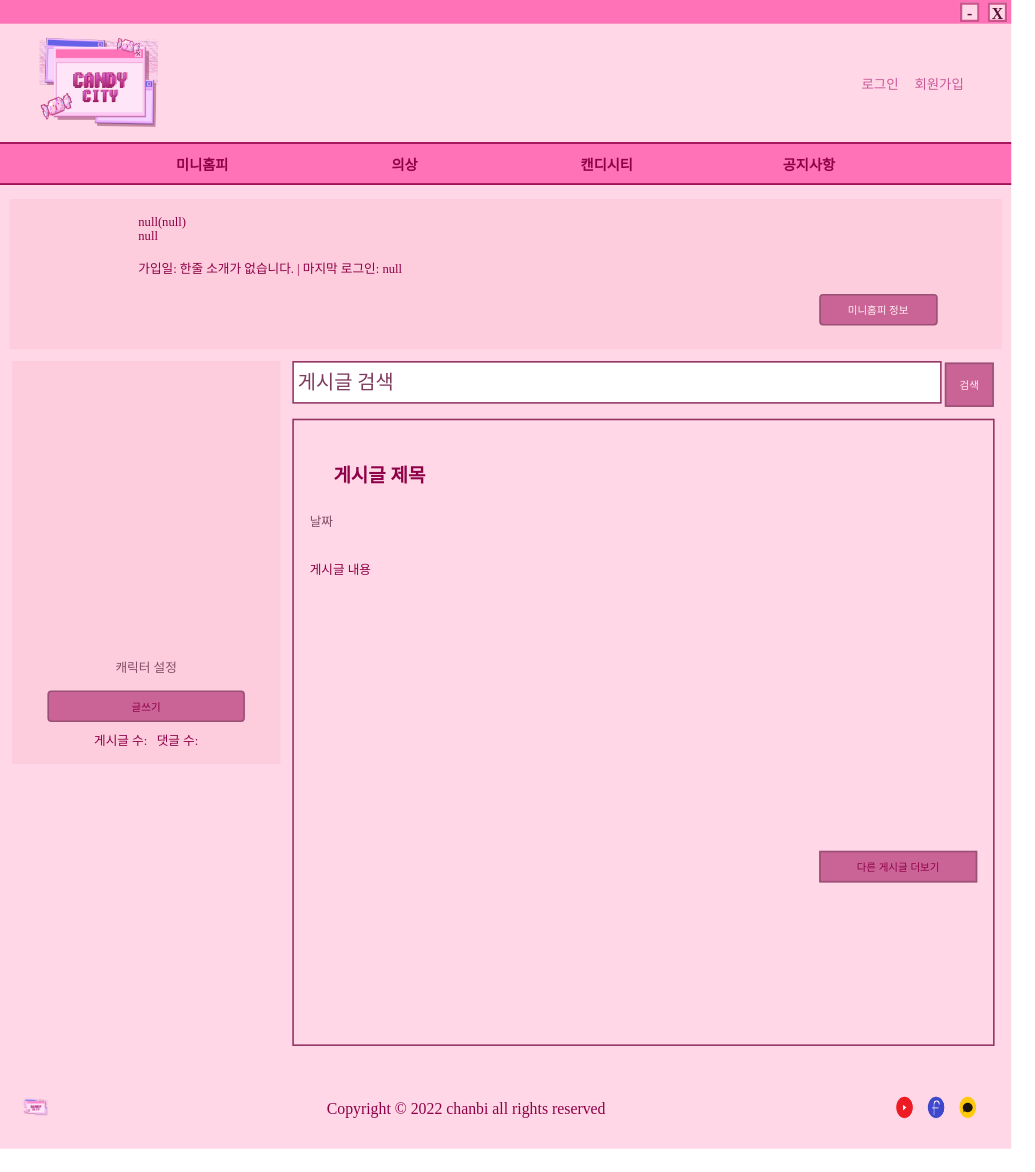
Repository: chanbiM/candyCityProject
Page: http://localhost/CandyCityProj/GetHomepi
The author's editor kept a copy of each file at every save. The page is drawn from the files as they stood at one save, then again after the next save.
The browser window is 1280 px wide. The page is 1310 px wide, so the pictures cover 1310 px, including what lies to the right of the window. The pictures show the whole page, at 79% of full size.
Some web fonts or font styles are not loaded; a fallback is used. The page is served by Tomcat 9. Other server files are loaded and not shown. Queries for data that is not in the repository find no rows.

Above is the page before, as saved 2022-11-18 02:35:06.

### CandyCityProj/WebContent/member/homepi/homepi.jsp
<%@page import="vo.MemberVO"%>
<%@ page language="java" contentType="text/html; charset=UTF-8"
	pageEncoding="UTF-8"%>
<%@ include file="/header.jsp"%>
<link rel="stylesheet" href="/css/homepiStyle.css">

<!-- 미니홈피 보기-->
<br>
<%
	MemberVO hompiData = (MemberVO) request.getAttribute("homepiUser");
%>

<!-- 유저 정보-->
<div class="member_info">
	<ul>
		<li>
			<div class="profile_char"></div>
		</li>

		<li>
			<div class="info">
				<p><%=hompiData.getName()%>(<%=hompiData.getId()%>) <br>
					<%=hompiData.getIntroduce()%></p>
				<br>
				<p>
					가입일:
					<%
					if (hompiData.getIntroduce() == null) {
				%>
					한줄 소개가 없습니다.
					<%
					} else {
				%>
					<%=hompiData.getJoin_num()%>
					<%
						}
					%>

					| 마지막 로그인: <%= hompiData.getLoginDate() %>
				</p>
				<br> <br>

			</div>
		</li>
		<li>
			<!--팝업형식-->
			<button id="homepi_info">미니홈피 정보</button>
		</li>
	</ul>


</div>

<div class="character_info">
	<div class="info_character">
		<!-- 유저캐릭터 전신 삽입-->
	</div>

	<!--내 홈피일 경우-->
	<a href="#" style="color: #804d66;">캐릭터 설정</a><br>
	<br>
	<button id="post_btn">
		<a href="#">글쓰기</a>
	</button>

	<p style="font-size: 16px;">게시글 수: &nbsp; 댓글 수:</p>
</div>

<div class="post_search">
	<!--게시글 목록으로 가게 -->
	<form action="/searchHomepiPost?id=">
		<input type="text" name="post" placeholder="게시글 검색"> <input
			type="submit" value="검색">
	</form>
</div>

<!--대표 게시글(가장 최근에쓴거 or 공지 게시글)-->
<div class="representative_post">
	<h2>
		<a href="#">게시글 제목</a>
	</h2>
	<!--최종 수정 날짜 기준으로-->
	<p style="color: #804d66;">날짜</p>
	<br>
	<br>
	<p id="post_content">
		<a href="#">게시글 내용</a>
	</p>

	<div id="post_list">
		<button>
			<a href="/searchHomepiPost?title=all">다른 게시글 더보기</a>
		</button>
	</div>

</div>
<%@ include file="/footer.jsp"%>

### CandyCityProj/WebContent/header.jsp
<%@page import="vo.MemberVO"%>
<%@ page language="java" contentType="text/html; charset=UTF-8"
	pageEncoding="UTF-8"%>
<!DOCTYPE html>
<html>
<head>
<meta charset="UTF-8">
<title>Candy City</title>
<link rel="stylesheet" href="/css/mainStyle.css">
<script src="/js/jquery-3.1.1.min.js"></script>
</head>
<body>
	<div class="wrapper">
		<!-- 창 바 -->
		<div class="window">
			<button class="widow_btn" id="-_btn">-</button>
			<button class="widow_btn" id="x_btn">X</button>
		</div>

		<header>
			<!-- 로고 -->
			<div class="logo">
				<a href="/index.jsp"><img alt="로고" src="/images/logo.png"></a>
			</div>

			<!-- 기타 메뉴바 -->
			<div class="minimenu">

				<ul>
					<%
						MemberVO vo = (MemberVO) session.getAttribute("loginOK");
						if (vo == null) {
					%>
					<li><a href="/member/login.jsp">로그인</a></li>
					<li><a href="/member/insertMember.jsp">회원가입</a></li>
					<%
						} else {
					%>
					<li><a href="/member/myPage.jsp"><%=vo.getName()%>님</a></li>
					<li><a href="/logout"> 로그아웃 </a></li>
					<li><a href="/member/myPage.jsp">마이페이지</a></li>

					<%
						}
					%>
				</ul>

			</div>
		</header>

		<!-- 메뉴바 -->
		<nav>
			<ul class="mainmenu">
				<li><a href="/getHomepiList">미니홈피</a>
					<ul class="submenu">
					<%
						if (vo == null) {
					%>
						<li><a href="/member/login.jsp">내 미니홈피</a></li>
						<li><a href="/getHomepiList">미니홈피 목록</a></li>
					<%
						} else {
					%>

						<li><a href="/GetHomepi?id=<%= vo.getId() %>">내 미니홈피</a></li>
						<li><a href="/getHomepiList">미니홈피 목록</a></li>
					<%
						}
					%>
					</ul></li>

				<li><a href="#">의상</a>
					<ul class="submenu">
					<%
						if (vo == null) {
					%>
						<li><a href="/member/login.jsp">내 의상</a></li>
						<li><a href="/member/login.jsp">의상 상점</a></li>
						<li><a href="/member/login.jsp">의상 설정</a></li>
					<% } else {
					%>
						<li><a href="/getcCostumeList?id=<%= vo.getId() %>&name=<%= vo.getName() %>">내 의상</a></li>
						<li><a href="/getShopList?id=<%= vo.getId() %>">의상 상점</a></li>
						<li><a href="/characterSet">의상 설정</a></li>
					<%
					} %>
					</ul></li>

				<li><a href="/getCandyCityList">캔디시티</a>
					<ul class="submenu">
					</ul></li>

				<li><a href="/getNoticeList?type=E">공지사항</a>
					<ul class="submenu">
						<li><a href="/getNoticeList?type=E">이벤트</a></li>
						<li><a href="/getNoticeList?type=N">공지사항</a></li>
						<li><a href="/getNoticeList?type=R">당첨자 발표</a></li>
					</ul></li>

				<%
					MemberVO adminVo = (MemberVO) session.getAttribute("manager");
					if (adminVo != null) {
				%>
				<li><a href="/getUserList">관리자용 메뉴</a>
					<ul class="submenu">
						<li><a href="/getUserList">유저 리스트</a></li>
						<!-- <li><a href="#">문의글 확인</a></li>
						<li><a href="#">신고글 확인</a></li> -->
						<li><a href="/admin/noticeInsert.jsp">공지사항/이벤트 작성</a></li>
					</ul></li>
			<%
				}
			%>
			</ul>

		</nav>

### CandyCityProj/WebContent/footer.jsp
<%@ page language="java" contentType="text/html; charset=UTF-8"
    pageEncoding="UTF-8"%>
        <!-- 푸터 영역 -->
        <footer>
            <!-- 하단로고 -->
            <div>
                <a href="/index.jsp" class="logo">
                    <img src="/images/logo.png" alt="로고" >
                </a>
            </div>
            <!-- 카피라이트 -->
            <div class="copyright">
                <p> Copyright &copy; 2022 chanbi all rights reserved</p>
            </div>
            <!-- SNS -->
            <div>
                <ul class="sns">
                    <li><a href="https://www.youtube.com/@rorochanbi"><img src="/images/youtube.png" alt="유튜브" height="40"></a></li>
                    <li><a href="#"><img src="/images/facebook.png" alt="페이스북" height="40"></a></li>
                    <li><a href="https://open.kakao.com/o/s1olGebe"><img src="/images/kakao.png" alt="카카오톡" height="40"></a></li>
                </ul>
            </div>
        </footer>
    </div>
	<script src="/js/script.js"></script>
</body>
</html>

### CandyCityProj/src/controller/GetHomepiController.java
package controller;

import java.io.IOException;
import java.io.PrintWriter;

import javax.servlet.ServletException;
import javax.servlet.annotation.WebServlet;
import javax.servlet.http.HttpServlet;
import javax.servlet.http.HttpServletRequest;
import javax.servlet.http.HttpServletResponse;
import javax.servlet.http.HttpSession;

import dao.MemberDAO;
import vo.MemberVO;

/**
 * Servlet implementation class GetHomepiController
 */
@WebServlet("/GetHomepi")
public class GetHomepiController extends HttpServlet {
	private static final long serialVersionUID = 1L;

    /**
     * @see HttpServlet#HttpServlet()
     */
    public GetHomepiController() {
        super();
    }

	/**
	 * @see HttpServlet#doGet(HttpServletRequest request, HttpServletResponse response)
	 */
	protected void doGet(HttpServletRequest request, HttpServletResponse response) throws ServletException, IOException {
		response.setContentType("text/html; charset=UTF-8");
		request.setCharacterEncoding("UTF-8");
		PrintWriter out = response.getWriter();
		MemberDAO dao = new MemberDAO();

		String userId = request.getParameter("id");
		System.out.println(userId);

		if(userId == null) {
			out.println("<script>alert('잘못된 경로입니다'); history.back(); </script>");
		}

		MemberVO homepiData = dao.getMemberInfo(userId);

		if(homepiData.getId() == null) {
			out.println("<script>alert('해당 유저를 찾을 수 없습니다'); history.back(); </script>");
		}

		request.setAttribute("homepiUser", homepiData);
		request.getRequestDispatcher("/member/homepi/homepi.jsp").forward(request, response);


	}

	/**
	 * @see HttpServlet#doPost(HttpServletRequest request, HttpServletResponse response)
	 */
	protected void doPost(HttpServletRequest request, HttpServletResponse response) throws ServletException, IOException {
		// TODO Auto-generated method stub
		doGet(request, response);
	}

}

### CandyCityProj/src/vo/MemberVO.java
package vo;

import java.sql.Date;

import oracle.sql.DATE;

public class MemberVO {
	private String id;
	private String pwd;
	private String name;
	private String gender;
	private int join_num;
	private int candy;
	private int postNum;
	private int commentNum;
	private String manager;
	private String introduce;

	private Date joinDate;
	private Date loginDate;

	public Date getJoinDate() {
		return joinDate;
	}

	public void setJoinDate(Date joinDate) {
		this.joinDate = joinDate;
	}

	public Date getLoginDate() {
		return loginDate;
	}

	public void setLoginDate(Date loginDate) {
		this.loginDate = loginDate;
	}

	public String getIntroduce() {
		return introduce;
	}

	public void setIntroduce(String introduce) {
		this.introduce = introduce;
	}

	public MemberVO() {
	}

	public String getId() {
		return id;
	}

	public void setId(String id) {
		this.id = id;
	}

	public String getPwd() {
		return pwd;
	}

	public void setPwd(String pwd) {
		this.pwd = pwd;
	}

	public String getName() {
		return name;
	}

	public void setName(String name) {
		this.name = name;
	}

	public String getGender() {
		return gender;
	}

	public void setGender(String gender) {
		this.gender = gender;
	}

	public int getJoin_num() {
		return join_num;
	}

	public void setJoin_num(int join_num) {
		this.join_num = join_num;
	}

	public int getCandy() {
		return candy;
	}

	public void setCandy(int candy) {
		this.candy = candy;
	}

	public int getPostNum() {
		return postNum;
	}

	public void setPostNum(int postNum) {
		this.postNum = postNum;
	}

	public int getCommentNum() {
		return commentNum;
	}

	public void setCommentNum(int commentNum) {
		this.commentNum = commentNum;
	}

	public String getManager() {
		return manager;
	}

	public void setManager(String manager) {
		this.manager = manager;
	}

}

### CandyCityProj/src/common/JdbcUtill.java
package common;

import java.sql.Connection;
import java.sql.DriverManager;
import java.sql.PreparedStatement;
import java.sql.ResultSet;

public class JdbcUtill {
	public static Connection getConnection() {
		Connection conn = null;

		try {
			Class.forName("oracle.jdbc.driver.OracleDriver");
			conn = DriverManager.getConnection("jdbc:oracle:thin:@localhost:1521:xe", "hr", "hr");
		} catch (Exception e) {
			System.out.println("DB 연결 실패");
			e.printStackTrace();
		}
		return conn;
	}

	public static void close(Connection conn, PreparedStatement pstmt) {
		if (pstmt!= null) {
			try {
				pstmt.close();
			} catch (Exception e) {
				// TODO: handle exception
				System.out.println("pstmt.close() 실패");
			}
		}

		if(conn != null) {
			try {
				conn.close();
			} catch (Exception e) {
				// TODO: handle exception
				System.out.println("conn.close() 실패");
				e.printStackTrace();
			}
		}
	}

	public static void close(Connection conn, PreparedStatement pstmt, ResultSet rs) {
		if(rs != null) {
			try {
				rs.close();
			} catch (Exception e) {
				// TODO: handle exception
				System.out.println("rs.close() ����");
				e.printStackTrace();
			}
		}
		close(conn, pstmt);
	}


}

### CandyCityProj/WebContent/css/mainStyle.css
@font-face {
    font-family: 'DungGeunMo';
    src: url('https://cdn.jsdelivr.net/gh/projectnoonnu/noonfonts_six@1.2/DungGeunMo.woff') format('woff');
    font-weight: normal;
    font-style: normal;
}
* {
    margin: 0;
    padding: 0;
    list-style: none;
    text-decoration: none;
    color: rgb(19, 0, 1);
    font-family: 'DungGeunMo';
    color: #8e0047;
    -ms-user-select: none;
   -moz-user-select: -moz-none;
   -khtml-user-select: none;
   -webkit-user-select: none;
   user-select: none;
}

.wrapper {
    width: 1280px;
    min-height: 1100px;
    margin: 0 auto;
    background-color: rgb(255, 215, 230);
}

.window {
    width: 100%;
    height: 30px;
    display: flex;
    justify-content: flex-end;
    background-color: #FF72B7;
    align-items: center;
}
.widow_btn {
    width: 25px;
    height: 25px;
    margin: 5px;
    color: #580e32;
    font-weight: bold;
    font-size: 20px;
    background-color: rgb(255, 215, 230);
    border: 3px solid #ce528e;
}

.widow_btn:hover {
    background-color: rgb(203, 164, 178);
    border: 3px solid #953c67;
    cursor: pointer;
    text-align: center;
}

.logo > a {
    display: flex;
}

.logo > a > img {
    width: 150px;
    height: 120px;
    margin: 50px;
    margin-top: 15px;
}

header {
    width: 100%;
    height: 150px;
    display: flex;
    justify-content: space-between;
}

.minimenu {
    width: 1000px;
    display: flex;
    font-size: 17px;
    align-items: center;
    margin-right: 50px;
    justify-content: flex-end;
}

.minimenu ul{
    display: flex;
}

.minimenu ul li {
    margin: 10px;
}

.minimenu ul li:hover {
    font-weight: bold;
}

/*.minimenu ul {
    width: 100%;
    display: flex;
    justify-content: space-evenly;
}*/

.minimenu ul li a{
	color: #c95899;
}

.mainmenu {
    /* 메뉴 요소 4개 가로정렬 */
    width: 1280px;
    display: flex;

    /* 중앙정렬 */
    text-align: center;
    align-items: center;
    justify-content: center;

    background-color: #FF72B7;
    border-top: 2px #8e0047 solid;
    border-bottom: 2px #8e0047 solid;
    position:relative;

}

.mainmenu li {
    width: 20%;
    height: 50px;
}

.mainmenu a {
    display: flex;
    justify-content: center;
    align-items: center;
    width: 100%;
    height: 100%;
    font-size: 18px;
    font-weight: 600;

    /* 하이라이팅 줄때 애니메이션을 줄 시간과 속성들 */
    transition: background-color 1s, color 1s;
}
/* :hover -> 마우스를 위에 올려 놓을때 적용할 스타일*/
.mainmenu a:hover {
    background-color: #aa4a78;
    color: white;
}


.mainmenu .submenu {
    /* 부모의 면적 + 다른 요소에 영향을 주지 않음 -> 다른 요소에 독립적*/
    position: absolute;
    /* 맨 앞으로 가져오기*/
    z-index: 100;
	width: 20%;

    background-color: #FF72B7;
    color: white;

    /* 기본적으로는 가려짐. 나중에 js로 호버될때 해제되도록 해줄 것 */
    display: none;
}

.submenu li {
    width: 100%;
}
.submenu a:hover {
    background-color: rgb(254, 207, 228);
    color: rgb(70, 19, 30);
}

#slide {
    width: 100%;
    height: 300px;
    position: relative;
    overflow: hidden;
}
#slide>ul>li>a>img {
    position: absolute;
    width: 100%;
    top: 0;
    left: -100%;
    opacity: 0;
}

#slide >ul>li>a>img:first-child {
    left: 0;
    opacity: 1;
}

#slide ul {
    /* 다른 요소에 관여받지 않고 #slide 기준으로 움직이도록*/
    position: absolute;
    top: 0;
    left: 0;

    width: 100%;


}

/* 섹션 */

section {
    display: flex;
    height: 350px;
    overflow: hidden;
    margin: 20px;
}

section > div {
    flex: 1;
    max-width: 50%;

    padding: 10px;
}

/* 컨텐츠 탭 */
.tab {
    display: flex;
}

/* 활성화 된 탭 추가 효과 */
.tab .active {
    background-color: #FF72B7;
}
.tab .active a{
    color: white;
}


.tab div {
    padding: 7px;
    border: 1px solid #800040;
    /* content, tab이 보더가 곂치므로 한쪽 없애주기 */
    border-bottom: none;
}

#content_container .content {
    padding: 7px;
    border: 1px solid #800040;

    /* 일정 크기 이상으로 글자가 나오는걸 방지 */
    max-width: 600px;
    height: 200px;
}

/* 각 요소들의 글자가 넘쳐날 경우 .... 처리*/
#post li {
    overflow: hidden;
    text-overflow:ellipsis;
    white-space: nowrap;
    line-height: 25px;


    border-bottom: 1px solid #800040;
}

/* 갤러리 */
/* 기본적으로 활성화 된게 공지사항이므로 갤러리 컨텐츠는 가리기 */
#event {
    display: none;
}

#event li{
    overflow: hidden;
    text-overflow:ellipsis;
    white-space: nowrap;
    line-height: 25px;


    border-bottom: 1px solid #800040;
}

#ranking {
	margin-top: 2px;
}
#ranking ul, #ranking li{
    width: 95%;
}

#ranking ul {
	border: 2px solid #800040;

	padding: 10px;
	height: 195px;


}
#ranking li {
    /* 버튼별 간격 */
    margin-bottom: 15px;
    width: 96%;


    /* 버튼 내부 간격 */
    padding: 7px;
    text-align: center;
    background-color: #e366b1;
    text-align: left;
    color: #8e0047;
}

#ranking h4 {
	background-color: #FF72B7;
	color: white;

	font-weight: normal;
	border: 2px solid #800040;
	width: 130px;
	padding: 5px;
	overflow: hidden;
	text-align: center;
	border-bottom: none;
}
#ranking a {
    color: white;
    margin-left: 5px;
}

/* 푸터 */

footer {
    /* 가로 정렬 */
    display: flex;

    /* 3가지 요소들 가로 간격 */
    justify-content: space-between;
    /* 세로 중앙 정렬*/
    align-items: center;

    width: 100%;
    height: 100px;
    margin: 30px;
}

.sns {
    display: flex;
    margin-right: 70px;
}

/* sns 아이콘별 간격 */
.sns li {
    margin-left: 10px;
}

footer img {
    width: 30px;
}


.copyright {
	font-size: 20px;
}

.info {
	width: 100%;
	margin-left: 20px;
	height: 700px;
}

.infoText {
	width: 300px;
	height: 30px;
	font-size: 23px;
	border: 0px;
	background-color: #ffeaf3;
	text-align: center;
}

.info th {
	width: 250px;
	margin: 5px;
	font-size: 30px;
}

.info td {
	width: 300px;
	margin: 10px;
	font-size: 25px;
	text-align: center;
}

.updatebtn {
	border: 0px;
	background-color: rgb(255, 215, 230);
	font-size: 25px;

}

input:focus {outline: none;}

hr {
	margin: 30px;
	width: 90%;
	margin: auto;

	height : 1px;
    border: 0;
	background-color : #811b4e;

}

h2 {
	margin: 30px;
}

/* 팝업의 배경 */
.popup_back {
    /* 기본적으로 가려짐 */
    display: none;

    /* 사이트 내용의 면적을 무시하고 배치*/
    position: absolute;
    top: 0;
    left: 0;

    /* 창 전체 가로 세로 채우기*/
    width: 100%;
    height: 100%;

    /* 검정색 배경(0,0,0,)에서 0.8로 투명도 설정*/
    background: rgba(0,0,0,0.3);
    position: fixed;

}

/* 팝업 본체 */
.popup{
    position: relative;

    /* 팝업 창의 가로 세로*/
    width:500px;
    height:300px;

    /* 배경 면적의 top 50%, left 50% 위치로 이동 */
    top:50%;
    left:50%;
    /* 중앙 배치를 위해 팝업의 가로 세로의 절반 크기 만큼 옮기기*/
    margin-top: -100px;
    margin-left:-200px;

    background:#fff;
    padding: 20px;
}


/* 팝업 버튼 */
.popup_close {
    position: absolute;
    padding: 5px;

    /* 팝업의 아래쪽부터 20px, 오른쪽으로부터 20px */
    right: 20px;
    bottom: 20px;
    background-color: #FF72B7;
    border: 2px solid #ea0075;
}
.popup_close:hover {
	background-color: #f14b9a;
    border: 2px solid #aa0055;
    cursor: pointer;
}

.pwdUpdateBtn {
	position: absolute;
    padding: 5px;

    /* 팝업의 아래쪽부터 20px, 오른쪽으로부터 20px */
    right: 100px;
    bottom: 20px;
    background-color: #FF72B7;
    border: 2px solid #ea0075;
}

.pwdUpdateBtn:hover {
	background-color: #f14b9a;
    border: 2px solid #aa0055;
    cursor: pointer;
}

/* 팝업의 배경 */
.popup_back_del {
    /* 기본적으로 가려짐 */
    display: none;

    /* 사이트 내용의 면적을 무시하고 배치*/
    position: absolute;
    top: 0;
    left: 0;

    /* 창 전체 가로 세로 채우기*/
    width: 100%;
    height: 100%;

    /* 검정색 배경(0,0,0,)에서 0.8로 투명도 설정*/
    background: rgba(0,0,0,0.3);
    position: fixed;

}

/* 팝업 본체 */
.popup_del{
    position: relative;

    /* 팝업 창의 가로 세로*/
    width:500px;
    height:300px;

    /* 배경 면적의 top 50%, left 50% 위치로 이동 */
    top:50%;
    left:50%;
    /* 중앙 배치를 위해 팝업의 가로 세로의 절반 크기 만큼 옮기기*/
    margin-top: -100px;
    margin-left:-200px;

    background:#fff;
    padding: 20px;
}

### CandyCityProj/WebContent/css/homepiStyle.css
body {
    -ms-overflow-style: none;
}

a:hover {
	cursor: pointer;
}
body::-webkit-scrollbar {
    display: none;
}
.wrapper {
	min-height: 1100px;
}

.member_info {
    width: 95%;
    background-color: #fecddd;
    height: 150px;
    margin: auto;
    padding: 20px;
}

.member_info li{
	height: 100%;
}
.member_info ul {
    display: flex;
    justify-content: space-evenly;
    align-items: center;
    height: 100%;
}

.profile_char img{
    width: 150px;
    height: 150px;
    background-color: rgb(164, 111, 130);
    border-radius: 20px;
}

.info {
    width: 800px;
}

#homepi_info {
    width: 150px;
    height: 40px;
    margin-top: 100px;
    background-color: #ca6497;
    color: #fff1f1;
    border: 2px #9a4f74 solid;
    border-radius: 5px;
}

#homepi_info:hover {
    background-color: #943464;
    color: #d5c8c8;
    cursor: pointer;
    transition: background-color 0.2s, color 0.2s;
}

input:focus {outline: none;}

input::placeholder {
    color: #7e3b5d;
}

.character_info {
    float: left;
    width: 300px;
    background-color: #fecddd;
    height: 470px;
    margin: 15px;
    padding: 20px;
    text-align: center;
}

.info_character {
    width: 280px;
    border-radius: 20px;
    height: 350px;
    display: flex;
    margin: auto;
    margin-bottom: 5px;
}

.info_character img {
	width: 300px;
	height: 400px;
	position: absolute;
}

#post_btn {
    width: 250px;
    height: 40px;
    margin-bottom: 10px;
    background-color: #ca6497;
    color: #fff1f1;
    border: 2px #9a4f74 solid;
    border-radius: 5px;
}
#post_btn:hover {
    background-color: #943464;
    color: #d5c8c8;
    cursor: pointer;
    transition: background-color 0.2s, color 0.2s;
}

.post_search {
    margin: 15px;

}

input[type="text"]{
   width: 65%;
   height: 50px;

    font-size: 25px;
    padding-left: 5px;
    /*border: #811b4e 2px solid;*/
    border: 2px solid #943464;
    background-color: rgb(255, 255, 255);
  }

  input[type="submit"]{
    width: 5%;
    height: 56px;
    background-color: #ca6497;
    color: #fff1f1;
    border: 2px #9a4f74 solid;
  }
  input[type="submit"]:hover {
    background-color: #943464;
    color: #d5c8c8;
    cursor: pointer;
    transition: background-color 0.2s, color 0.2s;
}

.representative_post {
    border: 2px solid #943464;

    width: 66%;
    height: 750px;
    display: inline-block;
    padding: 20px;
}
#post_content {
    height: 370px;
}
#post_list {
    display: flex;
    align-items: flex-end;
    justify-content: flex-end;
}
#post_list button{
    background-color: #ca6497;
    color: #fff1f1;
    border: 2px #9a4f74 solid;
    width: 200px;
    height: 40px;
}



#post_list button:hover {
    background-color: #943464;
    color: #d5c8c8;
    cursor: pointer;
    transition: background-color 0.2s, color 0.2s;
}

hr {
    width: 100%;
    text-align: center;
    margin: auto;

	height : 1px;
    border: 0;
	background-color : #811b4e;
}

.post {
    border: 2px solid #943464;

    width: 66%;
    height: 750px;
    display: inline-block;
    padding: 20px;
}

.title {
	margin: 0px;
}

.notice {
	border: 2px solid #943464;

    width: 1180px;
    height: 750px;
    padding: 20px;
    margin: 30px;
}

#notice_content {
	height: 600px;
}

#notice_list {
    display: flex;
    justify-content: flex-end;
    margin-right: 30px;
}
#notice_list button{
    background-color: #ca6497;
    color: #fff1f1;
    border: 2px #9a4f74 solid;
    width: 200px;
    height: 40px;
}


.head {
	z-index: 60;
}

.eyes {
	z-index: 59;
}

.body {
	z-index: 61;
}

.shoes {
	z-index: 58;
}

.character {
	z-index: 50;

}

Loaded but not shown: CandyCityProj/WebContent/js/jquery-3.1.1.min.js (library); CandyCityProj/WebContent/js/script.js (73 lines, source omitted); CandyCityProj/src/dao/MemberDAO.java (382 lines, source omitted)

After the next save:
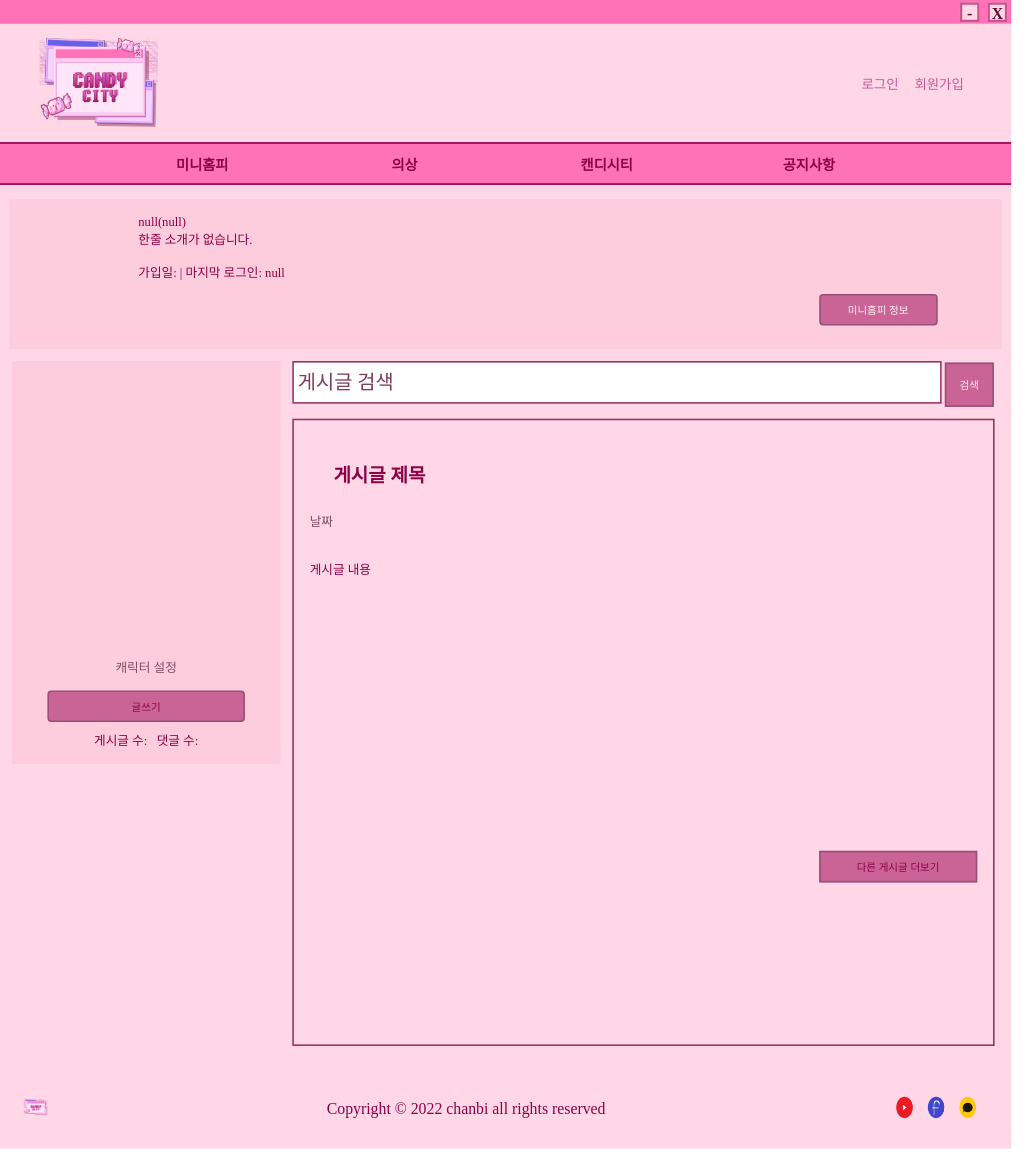
Saved 27 s later.
--- a/CandyCityProj/WebContent/member/homepi/homepi.jsp
+++ b/CandyCityProj/WebContent/member/homepi/homepi.jsp
@@ -20,10 +20,6 @@
 		<li>
 			<div class="info">
 				<p><%=hompiData.getName()%>(<%=hompiData.getId()%>) <br>
-					<%=hompiData.getIntroduce()%></p>
-				<br>
-				<p>
-					가입일:
 					<%
 					if (hompiData.getIntroduce() == null) {
 				%>
@@ -34,7 +30,11 @@
 					<%=hompiData.getJoin_num()%>
 					<%
 						}
-					%>
+					%></p>
+				<br>
+				<p>
+					가입일:
+
 
 					| 마지막 로그인: <%= hompiData.getLoginDate() %>
 				</p>
